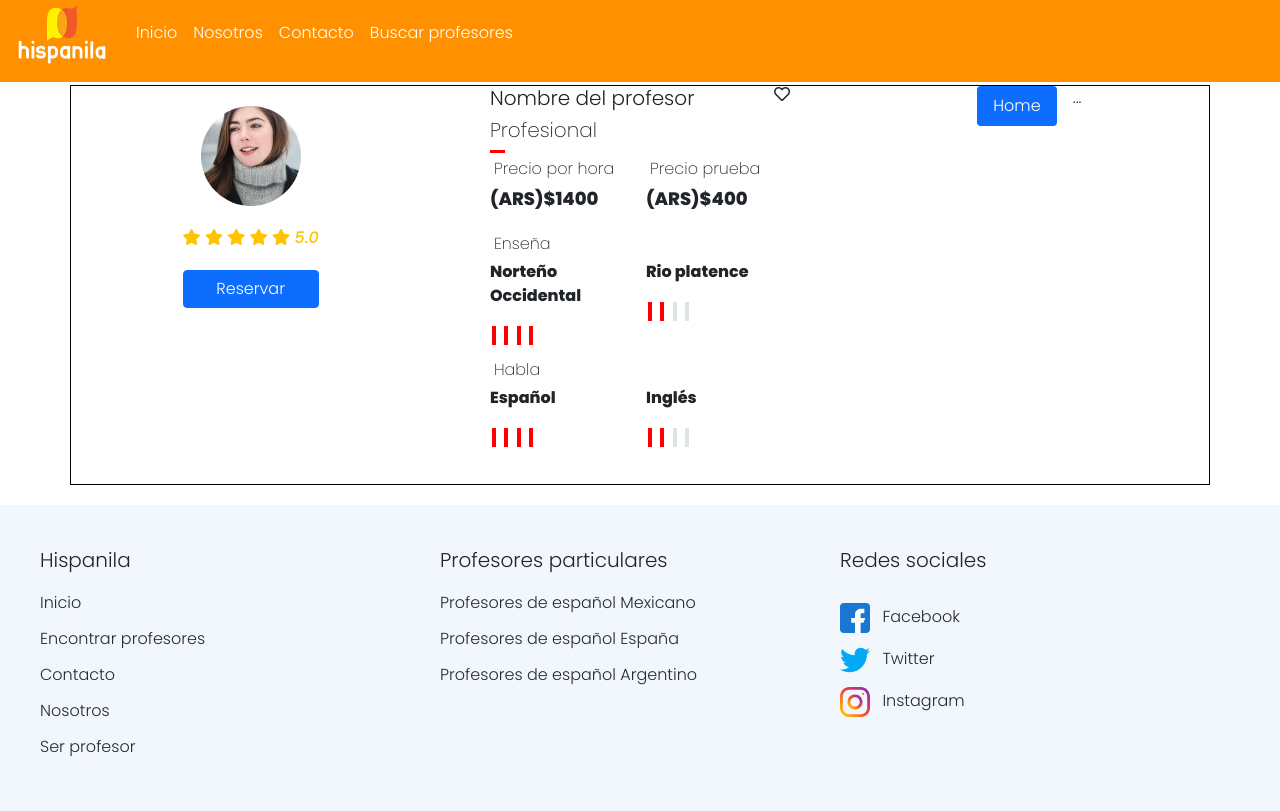
Repository: AgustinGarciaDev/Hispanila
Page: prueba.html
The author's editor kept a copy of each file at every save. The page is drawn from the files as they stood at one save, then again after the next save.
The browser window is 1280 px wide. The pictures show the whole page.
Some web libraries are served in a nearby version. The style sheet was rebuilt from its Sass, Less or Tailwind sources for each picture, by a compiler version that may differ from the author's.

Above is the page before, as saved 2021-01-29 00:54:15.

After the next save:
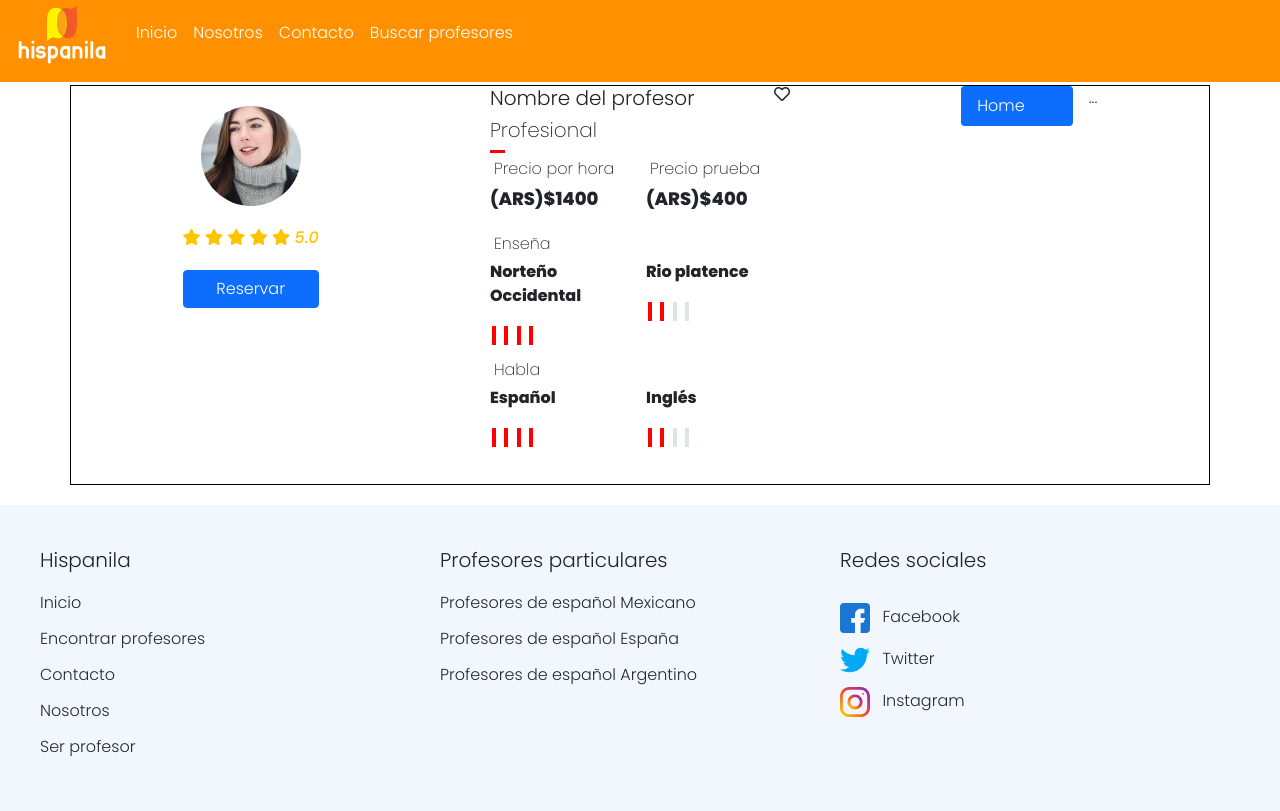
Saved 11 s later.
--- a/prueba.html
+++ b/prueba.html
@@ -142,7 +142,8 @@
                     <div class="nav flex-column nav-pills me-3" id="v-pills-tab" role="tablist" aria-orientation="vertical">
                         <a class="nav-link active" id="v-pills-home-tab" data-bs-toggle="pill" href="#v-pills-home" role="tab" aria-controls="v-pills-home" aria-selected="true">Home</a>
                         <a class="nav-link" id="v-pills-profile-tab" data-bs-toggle="pill" href="#v-pills-profile" role="tab" aria-controls="v-pills-profile" aria-selected="false">Profile</a>
-
+                        <a class="nav-link" id="v-pills-messages-tab" data-bs-toggle="pill" href="#v-pills-messages" role="tab" aria-controls="v-pills-messages" aria-selected="false">Messages</a>
+                        <a class="nav-link" id="v-pills-settings-tab" data-bs-toggle="pill" href="#v-pills-settings" role="tab" aria-controls="v-pills-settings" aria-selected="false">Settings</a>
                     </div>
                     <div class="tab-content" id="v-pills-tabContent">
                         <div class="tab-pane fade show active" id="v-pills-home" role="tabpanel" aria-labelledby="v-pills-home-tab">...</div>
